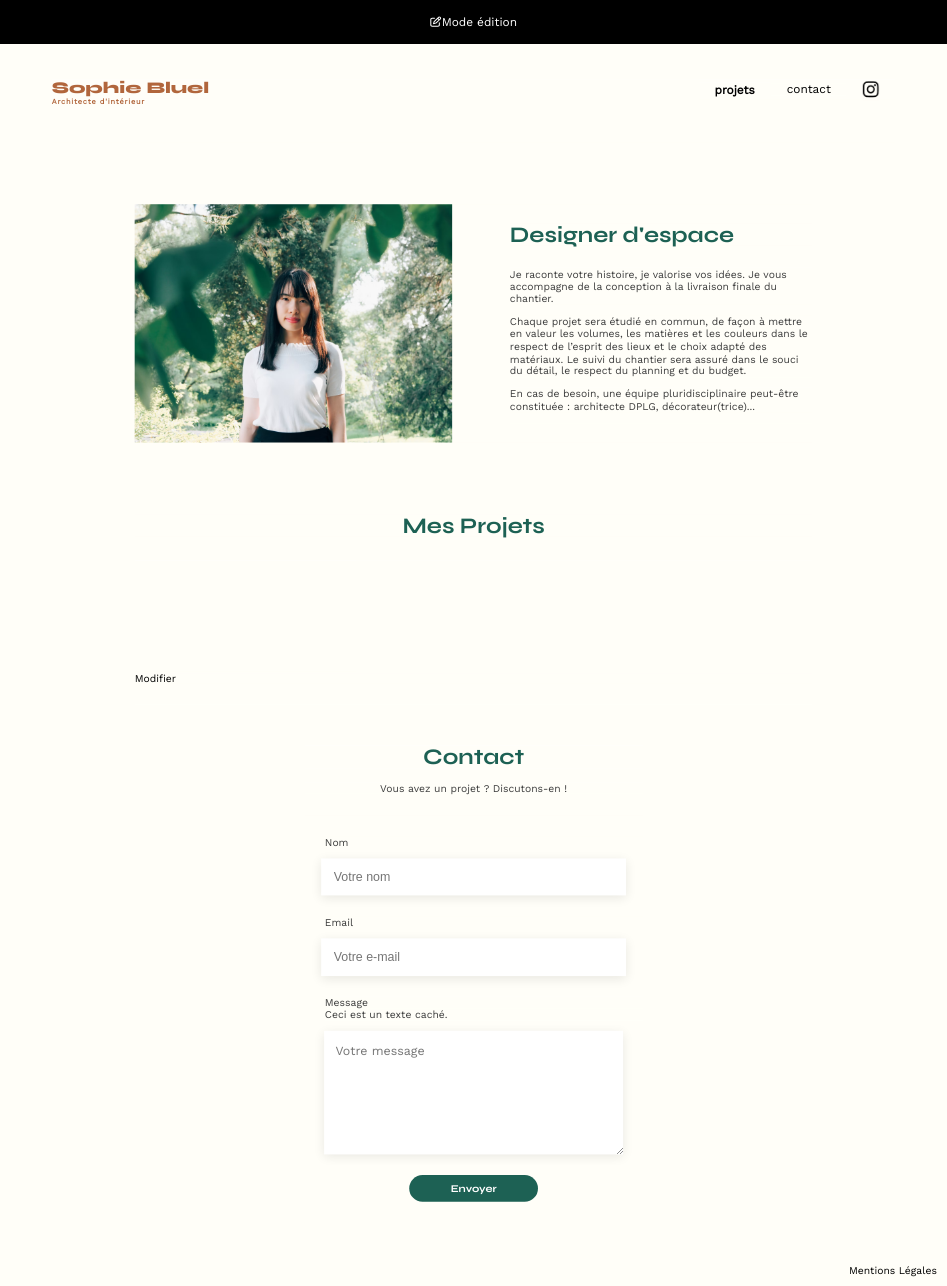
Repository: BlueSoley23/openclassrooms
Page: FrontEnd/index.html
These files come from the project's save history. The page is drawn as it stood at one moment and after the next save; the edit follows.
The browser window is 1280 px wide. The pictures show the whole page, at 74% of full size.
The page's requests for data from a server got no answer.

Above is the page before, as saved 2023-12-19 03:40:44.
Console error: TypeError: categories is not iterable

After the next save:
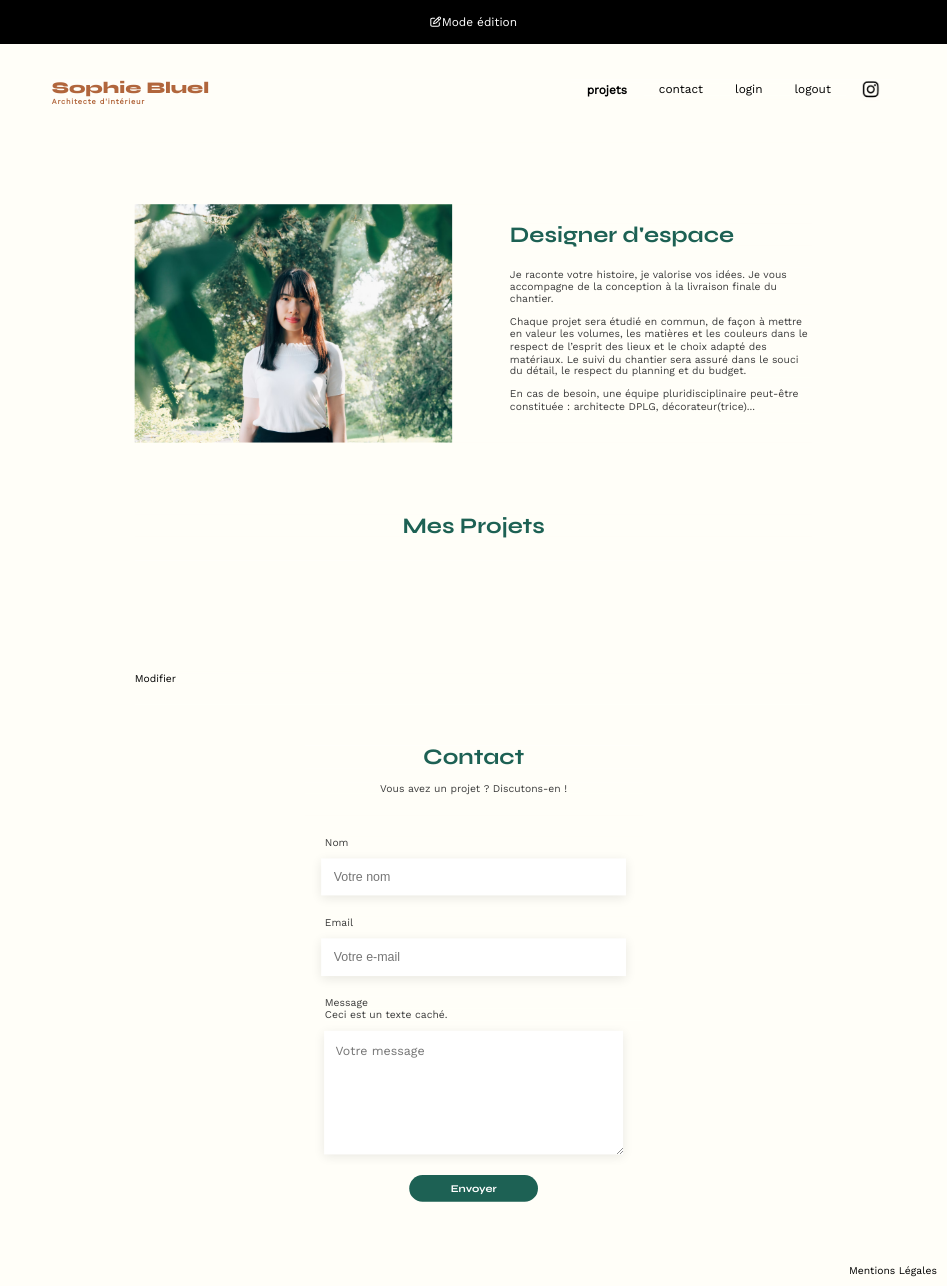
Saved 26 min 37 s later.
--- a/FrontEnd/index.html
+++ b/FrontEnd/index.html
@@ -97,8 +97,8 @@
 					<!-- Modifier : active -->
 					<li class="nav-list__item nav-list__item--active"><a href="./index.html">projets</a></li>
 					<li class="nav-list__item"><a href=#>contact</a></li>
-					<li class="nav-list__item nav-list__item--login none"><a href="./login.html">login</a></li>
-					<li class="nav-list__item nav-list__item--logout none"><a href="#">logout</a></li>
+					<li class="nav-list__item nav-list__item--login hidden"><a href="./login.html">login</a></li>
+					<li class="nav-list__item nav-list__item--logout"><a href="#">logout</a></li>
 					<li class="nav-list__item"><a href="https://instagram.com"><img src="./assets/icons/instagram.png" alt="Instagram" class="nav-list__item--img"></a></li>
 
 				</ul>
